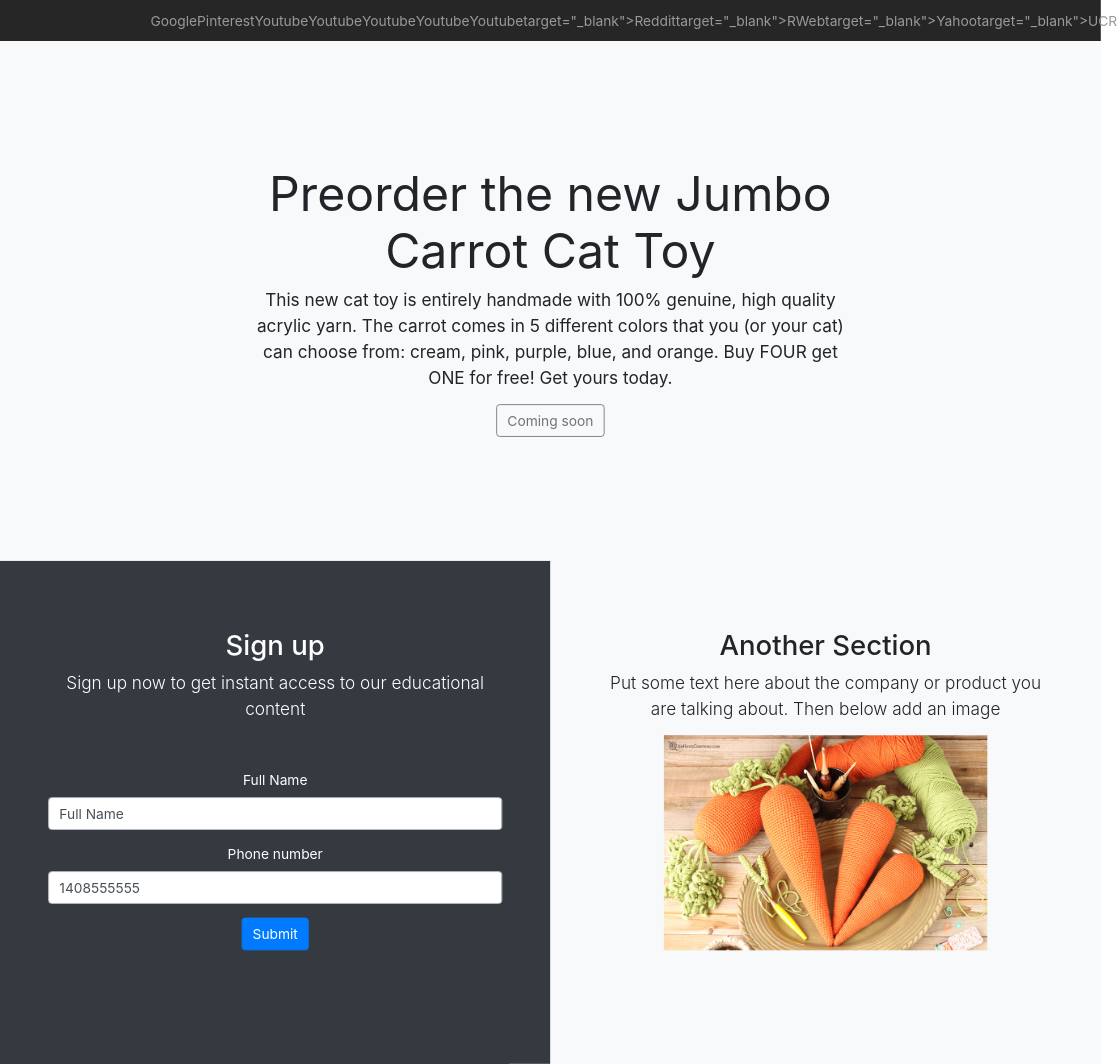
Repository: atrin033/AngellaTrinh-Resume
Page: LearnCS8-Twilio/index.html
The author's editor kept a record of every edit. The page is drawn from the files as they stood at one moment, then again after the next edit.
The browser window is 1280 px wide. The page is 1299 px wide, then 1280 px, so the pictures cover 1299 px, including what lies to the right of the window. The pictures show the whole page, at 86% of full size.

Above is the page before.

### LearnCS8-Twilio/index.html
<!doctype html>
<html lang="en">
  <head>
    <!-- Required meta tags -->
    <meta charset="utf-8">
    <meta name="viewport" content="width=device-width, initial-scale=1, shrink-to-fit=no">
    <meta name="description" content="Hot-selling crocheted toy that your cat is guaranteed to love!">
    <meta name="author" content="862124156">

    <!-- Bootstrap CSS -->
    <link rel="stylesheet" href="https://stackpath.bootstrapcdn.com/bootstrap/4.5.2/css/bootstrap.min.css" integrity="sha384-JcKb8q3iqJ61gNV9KGb8thSsNjpSL0n8PARn9HuZOnIxN0hoP+VmmDGMN5t9UJ0Z" crossorigin="anonymous">

    <!-- Title of your Website -->
    <title>Jumbo Carrot Cat Toy</title>
    <link href="product.css" rel="stylesheet">
  </head>
  <body>
      <nav class="site-header sticky-top py-1">
    <!-- Top Menu Bar -->
    <div class="container d-flex flex-column flex-md-row justify-content-between">
        <a class="py-2 d-none d-md-inline-block" id="menu-item-1" href="https://google.com" target="_blank">Google</a>
        <a class="py-2 d-none d-md-inline-block" id="menu-item-2" href="https://www.pinterest.com/" target="_blank">Pinterest</a>
        <a class="py-2 d-none d-md-inline-block" id="menu-item-3" href="https://www.youtube.com/" target="_blank">Youtube</a>
                <a class="py-2 d-none d-md-inline-block" id="menu-item-3" href="https://www.youtube.com/" target="_blank">Youtube</a>
                        <a class="py-2 d-none d-md-inline-block" id="menu-item-3" href="https://www.youtube.com/" target="_blank">Youtube</a>
                                <a class="py-2 d-none d-md-inline-block" id="menu-item-3" href="https://www.youtube.com/" target="_blank">Youtube</a>
                                        <a class="py-2 d-none d-md-inline-block" id="menu-item-3" href="https://www.youtube.com/" target="_blank">Youtube</a>
        <a class="py-2 d-none d-md-inline-block" id="menu-item-4" href="https://www.reddit.com/"> target="_blank">Reddit</a>
        <a class="py-2 d-none d-md-inline-block" id="menu-item-5" href="https://rweb.ucr.edu/"> target="_blank">RWeb</a>
        <a class="py-2 d-none d-md-inline-block" id="menu-item-6" href="https://www.yahoo.com/"> target="_blank">Yahoo</a>
        <a class="py-2 d-none d-md-inline-block" id="menu-item-7" href="https://www.ucr.edu/"> target="_blank">UCR</a>
    </div>
</nav>
<!-- Main Header Section h1-->
<div class="position-relative overflow-hidden p-3 p-md-5 m-md-0 text-center bg-light">
    <div class="col-md-8 p-lg-5 mx-auto my-5">
        <h1 class="display-4 font-weight-normal">Preorder the new Jumbo Carrot Cat Toy</h1>
        <p class="lead font-weight-normal">This new cat toy is entirely handmade with 100% genuine, high quality acrylic yarn. The carrot comes in 5 different colors that you (or your cat) can choose from: cream, pink, purple, blue, and orange. Buy FOUR get ONE for free! Get yours today.</p>
        <a class="btn btn-outline-secondary" href="https://www.google.com/search?q=CARROT+CAT+TOY+YOUTUBE&rlz=1C5CHFA_enUS826US826&oq=CARROT+CAT+TOY+YOUTUBE&aqs=chrome..69i57j33i160l2.6603j0j7&sourceid=chrome&ie=UTF-8">Coming soon</a>
    </div>
</div>
<!-- Left Tile -->
<div class="d-md-flex flex-md-equal w-100">
    <div class="bg-dark pt-3 px-3 pt-md-5 px-md-5 text-center text-white overflow-hidden">
        <div class="my-3 py-3">
            <h2 class="display-5">Sign up</h2>
            <p class="lead">Sign up now to get instant access to our educational content</p>
        </div>
        <!-- Web form when submitted will send a text message -->
        <form class="p-2" onsubmit="sendTextMessage(); return false;">
            <!-- Full Name Form Field -->
            <div class="form-group">
                <label for="example-first-name">Full Name</label>
                <input type="text" value="Full Name" class="form-control" id="example-first-name" aria-describedby="emailHelp">
            </div>
            <!-- Phone Number Form Field -->
            <div class="form-group">
                <label for="example-tel-input">Phone number</label>
                <input type="tel" class="form-control" value="1408555555" id="example-tel-input">
            </div>
            <!-- JavaScript that handles onSubmit logic -->
            <!-- Configure the XHR request below with your own credentials -->
            <script>
            function sendTextMessage() {
                console.log("Hello world!");
                var xhr = new XMLHttpRequest();
                var accountSID = "AC9c2371d5cb83c5eca99b1e7ede80ca28";
                var authToken = "095e6bbb80cb1678685685bb8ef258cf";
                var base64encoded = accountSID + ":" + authToken;
                var params = "To=" + document.getElementById('example-tel-input').value + "&From=" + "18448494331" + "&Body=" + "Hello " + document.getElementById('example-first-name').value + ", thank you for contacting us."
                xhr.open("POST", "https://api.twilio.com/2010-04-01/Accounts/" + accountSID + "/Messages.json", true);
                xhr.setRequestHeader('Content-Type', 'application/x-www-form-urlencoded');
                xhr.setRequestHeader('Authorization', 'Basic ' + btoa(base64encoded));
                xhr.send(params);
            }
            </script>
            <!-- Submit button that will execute the sendTextMessage function -->
            <button type="submit" class="btn btn-primary">Submit</button>
        </form>
    </div>
    <!-- Right Tile -->
    <div class="bg-light pt-3 px-3 pt-md-5 px-md-5 text-center overflow-hidden">
        <div class="my-3 p-3">
            <h2 class="display-5">Another Section</h2>
            <p class="lead">Put some text here about the company or product you are talking about. Then below add an image</p>
            <img class="mx-auto" src="jumbo cat crochet carrot toy.jpeg" height="250px">
        </div>
        <div class="mx-auto" style="width: 80%; height: 100px; border-radius: 21px 21px 0 0;"></div>
    </div>
</div>

  </body>
</html>

### LearnCS8-Twilio/product.css
.container {
  max-width: 960px;
}

/*
 * Custom translucent site header
 */

.site-header {
  background-color: rgba(0, 0, 0, .85);
  -webkit-backdrop-filter: saturate(180%) blur(20px);
  backdrop-filter: saturate(180%) blur(20px);
}
.site-header a {
  color: #999;
  transition: ease-in-out color .15s;
}
.site-header a:hover {
  color: #fff;
  text-decoration: none;
}

/*
 * Dummy devices (replace them with your own or something else entirely!)
 */

.product-device {
  position: absolute;
  right: 10%;
  bottom: -30%;
  width: 300px;
  height: 540px;
  background-color: #333;
  border-radius: 21px;
  -webkit-transform: rotate(30deg);
  transform: rotate(30deg);
}

.product-device::before {
  position: absolute;
  top: 10%;
  right: 10px;
  bottom: 10%;
  left: 10px;
  content: "";
  background-color: rgba(255, 255, 255, .1);
  border-radius: 5px;
}

.product-device-2 {
  top: -25%;
  right: auto;
  bottom: 0;
  left: 5%;
  background-color: #e5e5e5;
}


/*
 * Extra utilities
 */

.flex-equal > * {
  -ms-flex: 1;
  flex: 1;
}
@media (min-width: 768px) {
  .flex-md-equal > * {
    -ms-flex: 1;
    flex: 1;
  }
}

.overflow-hidden { overflow: hidden; }

After the next edit:
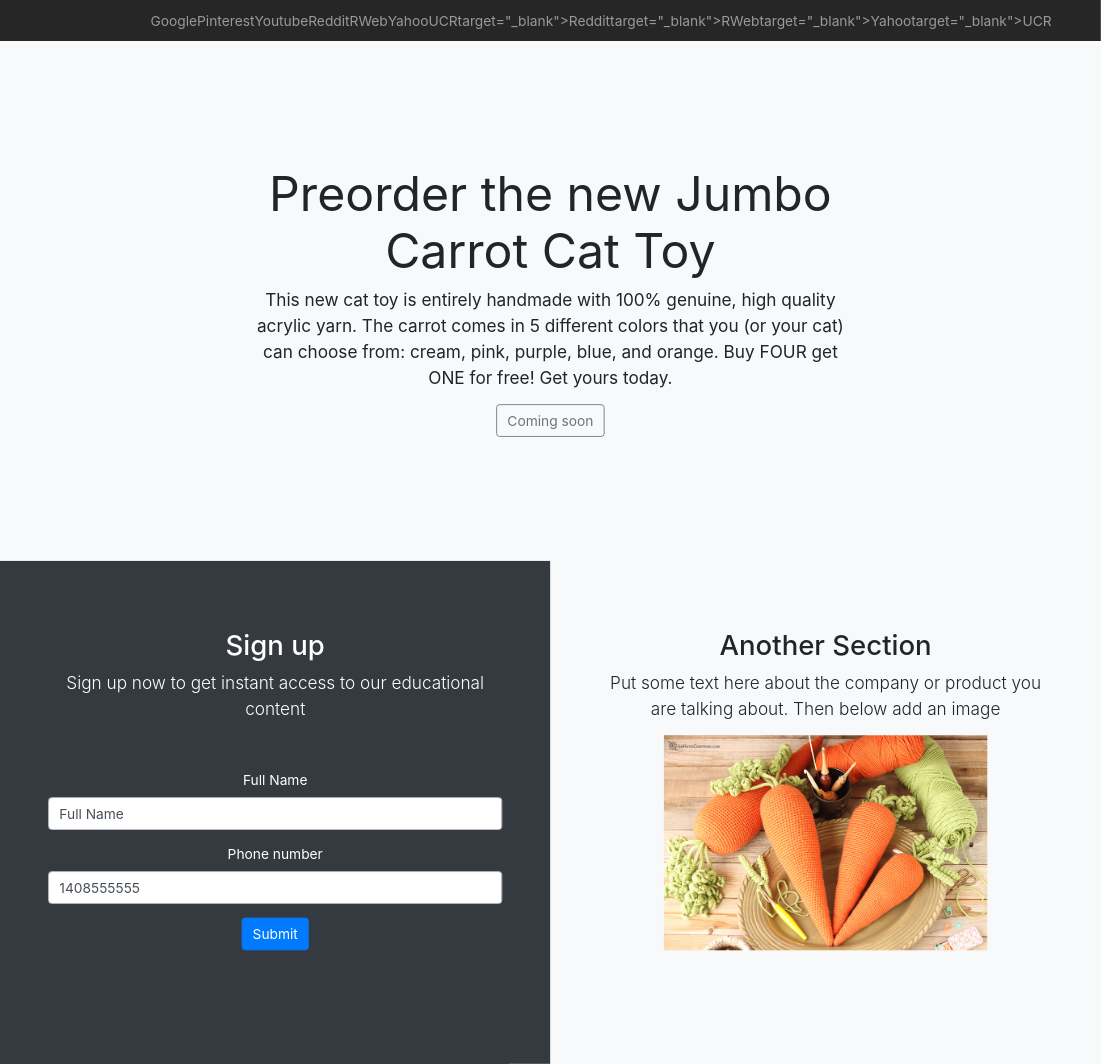
The edit:
--- a/LearnCS8-Twilio/index.html
+++ b/LearnCS8-Twilio/index.html
@@ -21,10 +21,10 @@
         <a class="py-2 d-none d-md-inline-block" id="menu-item-1" href="https://google.com" target="_blank">Google</a>
         <a class="py-2 d-none d-md-inline-block" id="menu-item-2" href="https://www.pinterest.com/" target="_blank">Pinterest</a>
         <a class="py-2 d-none d-md-inline-block" id="menu-item-3" href="https://www.youtube.com/" target="_blank">Youtube</a>
-                <a class="py-2 d-none d-md-inline-block" id="menu-item-3" href="https://www.youtube.com/" target="_blank">Youtube</a>
-                        <a class="py-2 d-none d-md-inline-block" id="menu-item-3" href="https://www.youtube.com/" target="_blank">Youtube</a>
-                                <a class="py-2 d-none d-md-inline-block" id="menu-item-3" href="https://www.youtube.com/" target="_blank">Youtube</a>
-                                        <a class="py-2 d-none d-md-inline-block" id="menu-item-3" href="https://www.youtube.com/" target="_blank">Youtube</a>
+                <a class="py-2 d-none d-md-inline-block" id="menu-item-3" href="https://www.youtube.com/" target="_blank">Reddit</a>
+                        <a class="py-2 d-none d-md-inline-block" id="menu-item-3" href="https://www.youtube.com/" target="_blank">RWeb</a>
+                                <a class="py-2 d-none d-md-inline-block" id="menu-item-3" href="https://www.youtube.com/" target="_blank">Yahoo</a>
+                                        <a class="py-2 d-none d-md-inline-block" id="menu-item-3" href="https://www.youtube.com/" target="_blank">UCR</a>
         <a class="py-2 d-none d-md-inline-block" id="menu-item-4" href="https://www.reddit.com/"> target="_blank">Reddit</a>
         <a class="py-2 d-none d-md-inline-block" id="menu-item-5" href="https://rweb.ucr.edu/"> target="_blank">RWeb</a>
         <a class="py-2 d-none d-md-inline-block" id="menu-item-6" href="https://www.yahoo.com/"> target="_blank">Yahoo</a>
